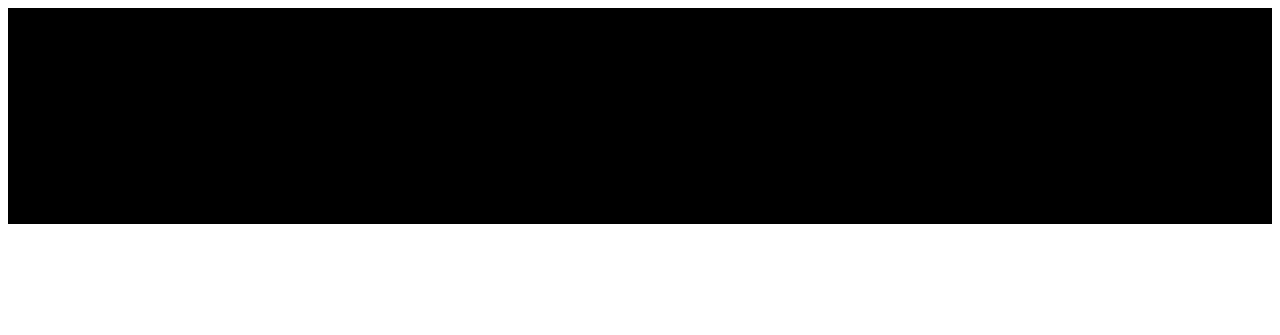
Repository: bartosz1919/banner_js
Page: index.html
An editor plug-in stored every save of this project. The page is shown before and after the next save, followed by the edit.
The browser window is 1280 px wide. The pictures show the whole page.
The style sheet was rebuilt from its Sass, Less or Tailwind sources for each picture, by a compiler version that may differ from the author's.

Above is the page before, as saved 2020-04-11 14:49:49.

After the next save:
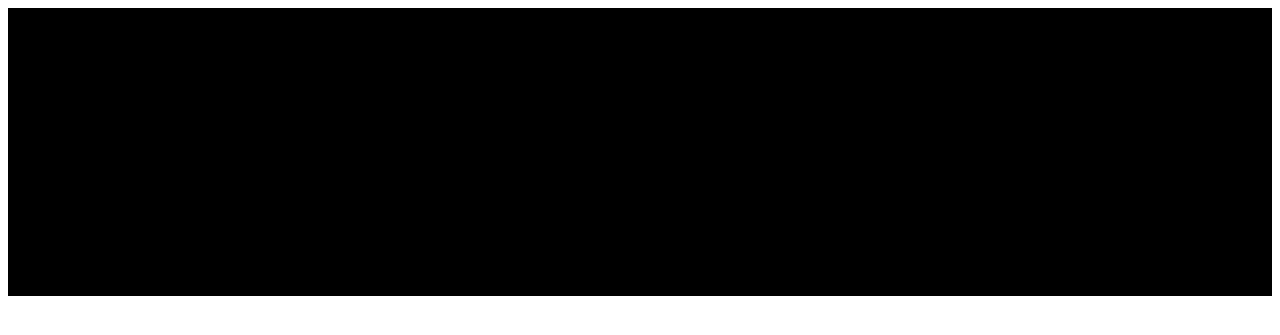
Saved 16 s later.
--- a/scss/style.scss
+++ b/scss/style.scss
@@ -1,5 +1,5 @@
 .hero {
-    height: 30vh;
+    height: 40vh;
     width: 100%;
     background-color: #000;
 }
